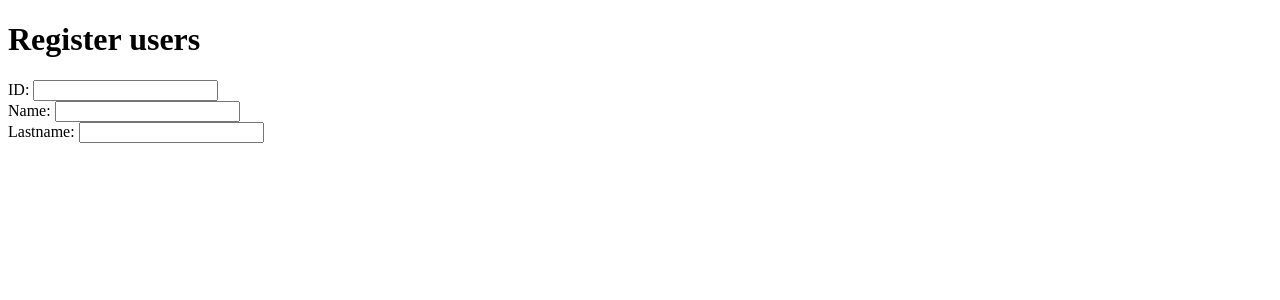
Repository: NicolasReatiga/course-aws
Page: templates/register.html
The author's editor kept a record of every edit. The page is drawn from the files as they stood at one moment, then again after the next edit.
The browser window is 1280 px wide. The pictures show the whole page.

Above is the page before.

### templates/register.html
<!DOCTYPE html>
<html>
    <head>
        <meta http-equiv="content-type" content="text/html; charset=utf-8" />
        <title>Register</title>
    </head>
    <body>
        <div>
            <h1>Register users</h1>
        </div>
        <div>
            <form>
                <label>ID: <input type="number" name="name"/></label> <br/>
                <label>Name: <input type="text" name="name"/></label> <br/>
                <label>Lastname: <input type="text" name="lastname"/></label> <br/>
            </form>
        </div>
    </body>
</html>

After the next edit:
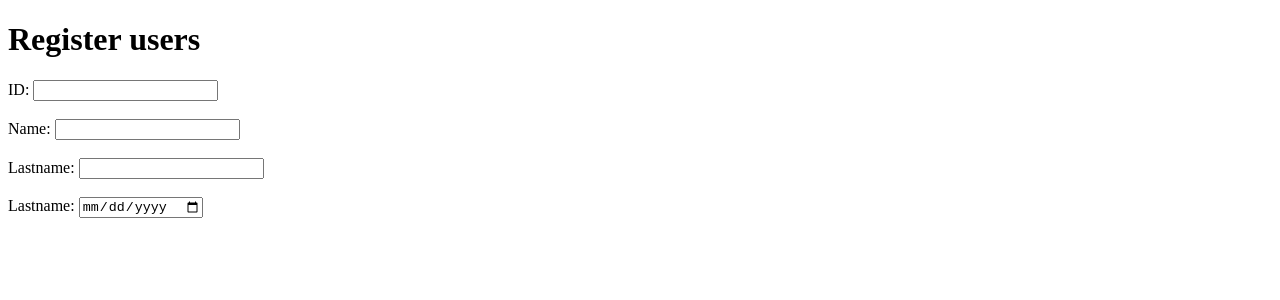
The edit:
--- a/templates/register.html
+++ b/templates/register.html
@@ -10,9 +10,10 @@
         </div>
         <div>
             <form>
-                <label>ID: <input type="number" name="name"/></label> <br/>
-                <label>Name: <input type="text" name="name"/></label> <br/>
-                <label>Lastname: <input type="text" name="lastname"/></label> <br/>
+                <label>ID: <input type="number" name="name"/></label> <br/><br/>
+                <label>Name: <input type="text" name="name"/></label> <br/><br/>
+                <label>Lastname: <input type="text" name="lastname"/></label> <br/><br/>
+                <label>Lastname: <input type="date" name="lastname"/></label> <br/><br/>
             </form>
         </div>
     </body>
